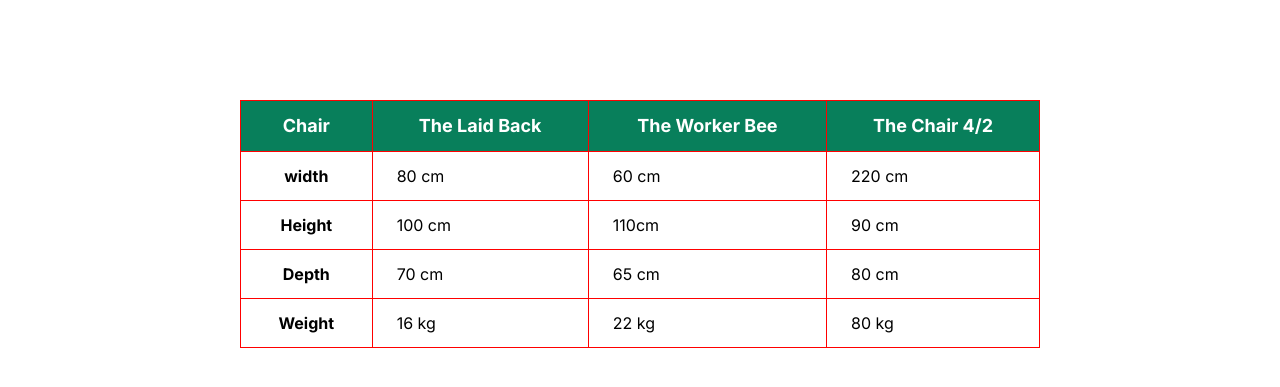
Repository: Ahmed123rezk123/06-Components
Page: table.html
An editor plug-in stored every save of this project. The page is shown before and after the next save, followed by the edit.
The browser window is 1280 px wide. The pictures show the whole page.

Above is the page before, as saved 2024-09-16 09:38:54.

### table.html
<!DOCTYPE html>
<html lang="en">
  <head>
    <meta charset="UTF-8" />
    <meta name="viewport" content="width=device-width, initial-scale=1.0" />
    <link rel="preconnect" href="https://fonts.gstatic.com" />
    <link
      href="https://fonts.googleapis.com/css2?family=Inter:wght@400;500;700&display=swap"
      rel="stylesheet"
    />
    <style>
      * {
        margin: 0;
        padding: 0;
        box-sizing: border-box;
      }

      body {
        font-family: "Inter", sans-serif;
        /* color: #343a40;
        background-color: #f8f9fa; */
        line-height: 1;
        display: flex;
        justify-content: center;
      }
      table {
        margin: 100px auto;
        width: 800px;
        border-collapse: collapse;
      }
      thead {
        background-color: #087f5b;
        color: #fff;
        font-size: 18px;
        font-weight: 500;
      }
      th,
      td {
        border: 1px solid red;
        padding: 16px 24px;
      }
    </style>
    <title>Table</title>
  </head>
  <body>
    <table>
      <thead>
        <tr>
          <th>Chair</th>
          <th>The Laid Back</th>
          <th>The Worker Bee</th>
          <th>The Chair 4/2</th>
        </tr>
      </thead>
      <tbody>
        <tr>
          <th>width</th>
          <td>80 cm</td>
          <td>60 cm</td>
          <td>220 cm</td>
        </tr>
        <tr>
          <th>Height</th>
          <td>100 cm</td>
          <td>110cm</td>
          <td>90 cm</td>
        </tr>
        <tr>
          <th>Depth</th>
          <td>70 cm</td>
          <td>65 cm</td>
          <td>80 cm</td>
        </tr>

        <tr>
          <th>Weight</th>
          <td>16 kg</td>
          <td>22 kg</td>
          <td>80 kg</td>
        </tr>
      </tbody>
    </table>
  </body>
</html>

After the next save:
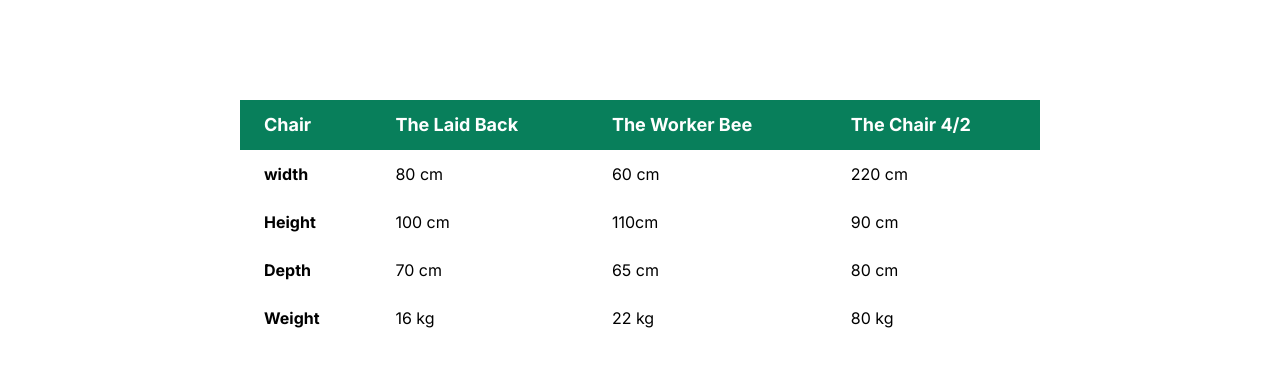
Saved 36 s later.
--- a/table.html
+++ b/table.html
@@ -36,8 +36,8 @@
       }
       th,
       td {
-        border: 1px solid red;
         padding: 16px 24px;
+        text-align: left;
       }
     </style>
     <title>Table</title>
